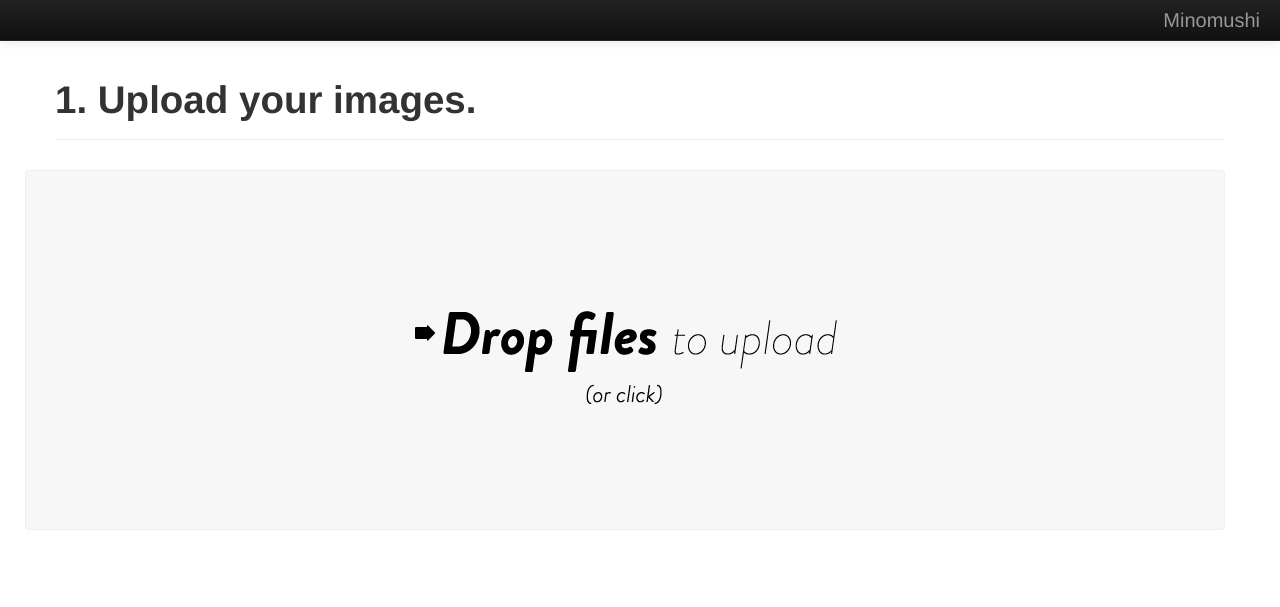
Repository: techiela/minomushi
Page: client/index.html
The author's editor kept a record of every edit. The page is drawn from the files as they stood at one moment, then again after the next edit.
The browser window is 1280 px wide. The pictures show the whole page.

Above is the page before.

After the next edit:
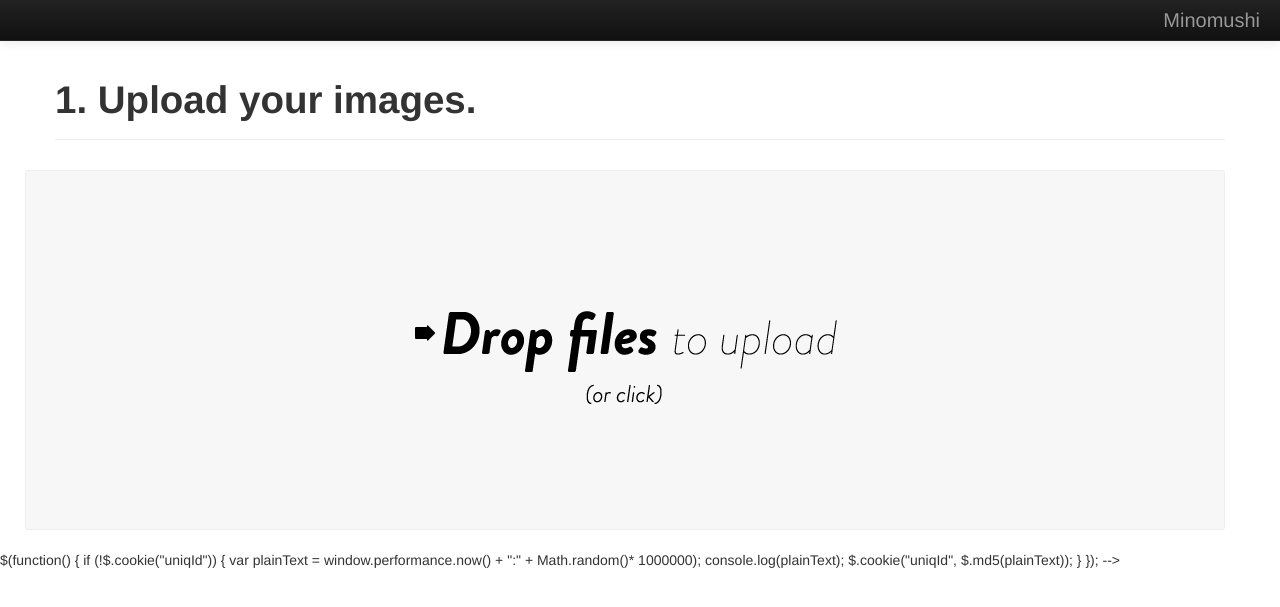
The edit:
--- a/client/index.html
+++ b/client/index.html
@@ -98,8 +98,7 @@
   <script src="/js/angular.min.js"></script>
   <script src="/js/dropzone.js"></script>
   <scropt>
-  <!-
-    $(function () {
+    $(function() {
       if (!$.cookie("uniqId")) {
         var plainText = window.performance.now() + ":" + Math.random()* 1000000);
         console.log(plainText);
